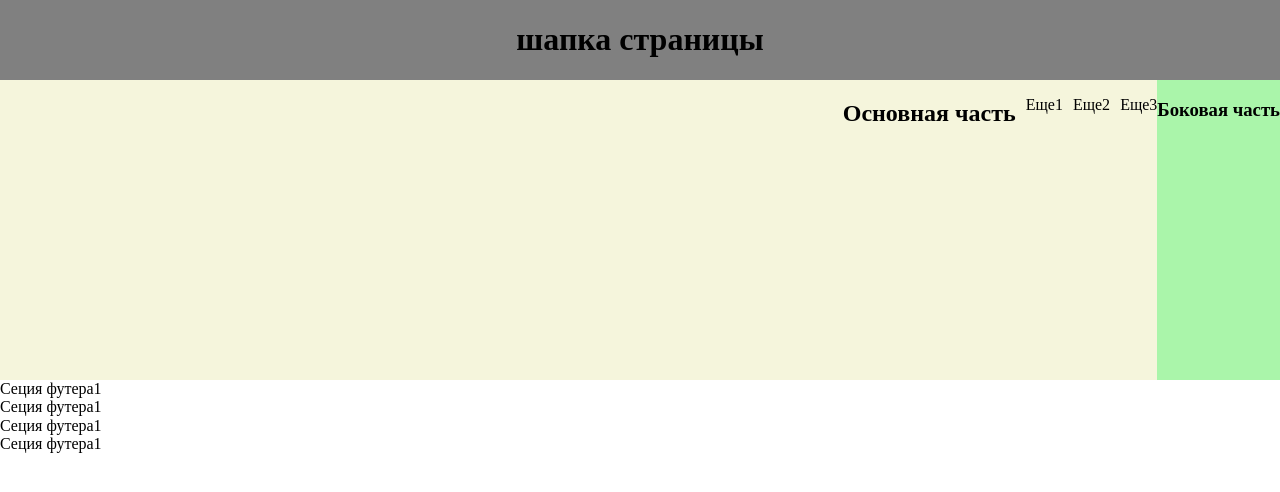
Repository: IrinaGetmanenko/week5
Page: week5/index.html
These files come from the project's save history. The page is drawn as it stood at one moment and after the next save; the edit follows.
The browser window is 1280 px wide. The pictures show the whole page.

Above is the page before, as saved 2022-08-28 12:31:10.

### week5/index.html
<!DOCTYPE html>
<html lang="en">
<head>
    <meta charset="UTF-8">
    <meta http-equiv="X-UA-Compatible" content="IE=edge">
    <meta name="viewport" content="width=device-width, initial-scale=1.0">
    <link rel="stylesheet" href="normalize.css">
    <title>Document</title>
    <style>
        .h1{
           display: flex;
           justify-content: center;
           height: 80px;
           background-color: gray;
        }

        .container1{
            display: flex;
            height: 300px;
            background-color: beige;
            justify-content: flex-end;

        }
        .main1{
           flex-basis: 10px;


        }

        .main2{
            flex-basis: 10px;



}
       .main3{
        flex-basis: 10px;

}

.aside{

    height: 300px;
    background-color: rgb(170, 245, 170);



}
    </style>
</head>
<body>
    <header>
        <div class="h1">
            <h1>шапка страницы</h1>
    </header>

    <main>
        <div class="container1"><h2>Основная часть</h2>

        <div class="main1"></div>
        <p>Еще1</p>

        <div class="main2"></div>
        <p>Еще2</p>

        <div class="main3"></div>
        <p>Еще3</p>
        <div class="aside"><h3>Боковая часть</h3>

        </div>
    </div>

    </main>



    <footer>
        <div>Сеция футера1</div>
        <div>Сеция футера1</div>
        <div>Сеция футера1</div>
        <div>Сеция футера1</div>
    </footer>


</body>
</html>

Loaded but not shown: week5/normalize.css (library)

After the next save:
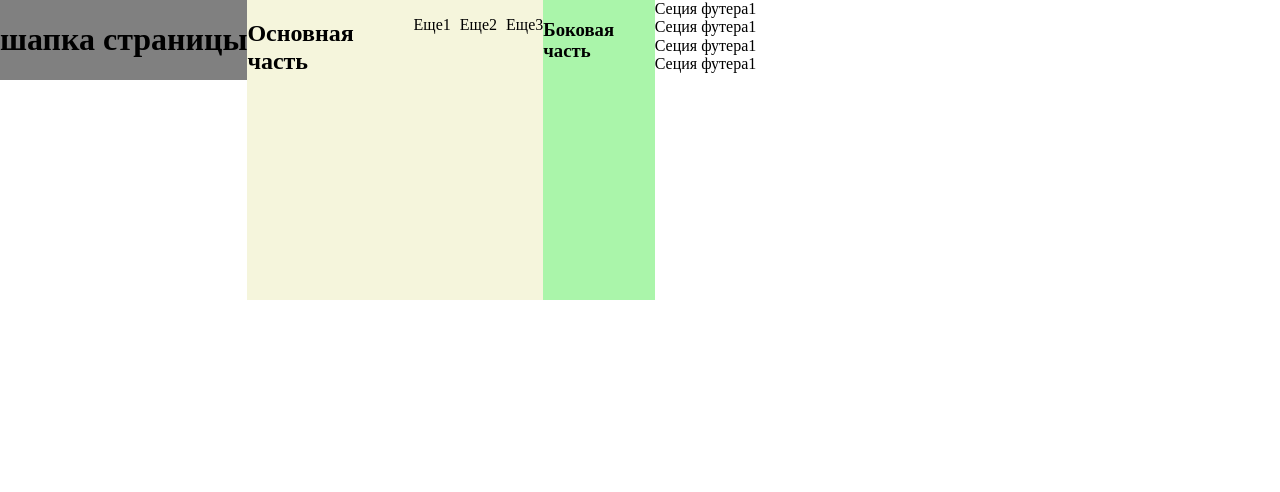
Saved 12 min 8 s later.
--- a/week5/index.html
+++ b/week5/index.html
@@ -13,7 +13,10 @@
            height: 80px;
            background-color: gray;
         }
+        body{
 
+            display: flex;
+        }
         .container1{
             display: flex;
             height: 300px;

After the 3 saves that followed:
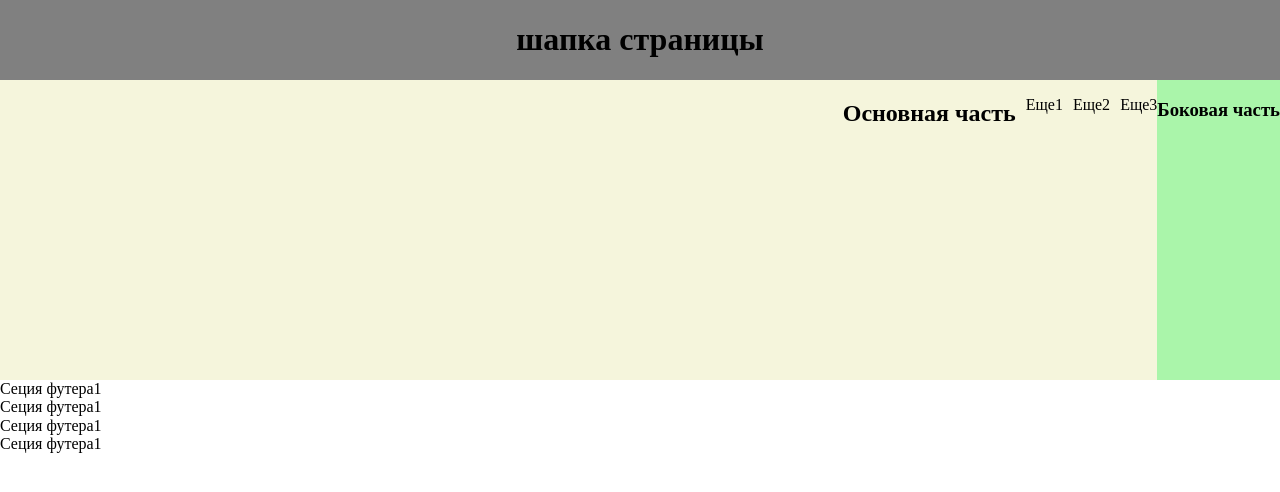
The 3 saves are shown as one change because 2 left the picture as it was.
The last was saved 50 s later.
--- a/week5/index.html
+++ b/week5/index.html
@@ -13,10 +13,7 @@
            height: 80px;
            background-color: gray;
         }
-        body{
 
-            display: flex;
-        }
         .container1{
             display: flex;
             height: 300px;
